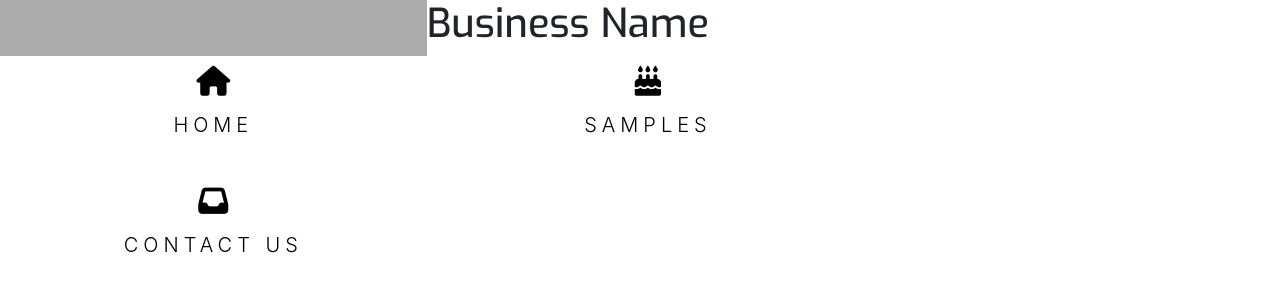
Repository: seanjcarley/Milestone1
Page: index.html
The author's editor kept a record of every edit. The page is drawn from the files as they stood at one moment, then again after the next edit.
The browser window is 1280 px wide. The page is 1280 px wide, then 1288 px, so the pictures cover 1288 px, including what lies to the right of the window. The pictures show the whole page.
Some web libraries are served in a nearby version.

Above is the page before.

### index.html
<!DOCTYPE html>
<html lang="en">

<head>
    <meta charset="UTF-8">
    <meta name="viewport" content="width=device-width, initial-scale=1.0">
    <meta http-equiv="X-UA-Compatible" content="ie=edge">
    <link rel="stylesheet" href="css/style.css" type="text/css" />
    <link rel="stylesheet" href="https://stackpath.bootstrapcdn.com/bootstrap/4.3.1/css/bootstrap.min.css">
    <script src="https://kit.fontawesome.com/d5901c0a36.js" crossorigin="anonymous"></script>
    <title>XXXXX Bakery and Novelty Cakes</title>
</head>

<body>
    <header>
        <div class="row no-gutters">
            <a href="#" class="col-md-4 logo"></a>
            <div class="col-md-8">
                <h1 class="name">Business Name</h1>
            </div>
        </div>
        <div class="row no-gutters">
            <div class="col">
                <ul id="nav" class="list-inline menucontainer">
                    <li class="col-sm-4 list-inline-item menuitem">
                        <a href="index.html">
                            <i class="fa fa-home" aria-hidden="true"></i>
                            <span>Home</span>
                        </a>
                    </li>
                    <li class="col-sm-4 list-inline-item menuitem">
                        <a href="#">
                            <i class="fa fa-birthday-cake" aria-hidden="true"></i>
                            <span>Samples</span>
                        </a>
                    </li>
                    <li class="col-sm-4 list-inline-item menuitem">
                        <a href="#">
                            <i class="fa fa-inbox" aria-hidden="true"></i>
                            <span>Contact Us</span>
                        </a>
                    </li>
                </ul>
            </div>
        </div>
    </header>
    <section></section>
    <footer></footer>
</body>

</html>

### css/style.css
@import url('https://fonts.googleapis.com/css?family=Roboto:100,200,300,400,500,600,700|Exo:100,200,300,400,500,600,700');

/*----------------------------------------------------------------------------*/
/* Header */
/*----------------------------------------------------------------------------*/

inline-block {

}

.list-inline-item:not(:last-child) {
    margin: 0;
}

.logo {
    background-color: #ababab;
}

.menucontainer {
    font-size: 0;
}

.menuitem {
    height: 120px;
    text-align: center;
    padding: 0;
}

.menuitem a {
    width:100%;
    text-decoration: none;
    color: #000;
    height: 120px;
}

.menuitem a i {
    padding-top: 10px;
    display: inline-block;
    color: #000;
    font-size: 30px
}

.menuitem span {
    display: block;
    width: 100%;
    padding-top: 10px;
    text-align: center;
    text-transform: uppercase;
    font-size: 25;
    font-weight: 300;
    letter-spacing: 5px;
}

.name {
    font-family: "Exo", sans-serif;
}

#nav {
    margin: 0;
}

#nav li {
    font-size: 20px;
    padding: 0;
    display: inline-block;
}

/*----------------------------------------------------------------------------*/
/* Section */
/*----------------------------------------------------------------------------*/



/*----------------------------------------------------------------------------*/
/* Footer */
/*----------------------------------------------------------------------------*/



/*----------------------------------------------------------------------------*/
/* Media Queries */
/*----------------------------------------------------------------------------*/

After the next edit:
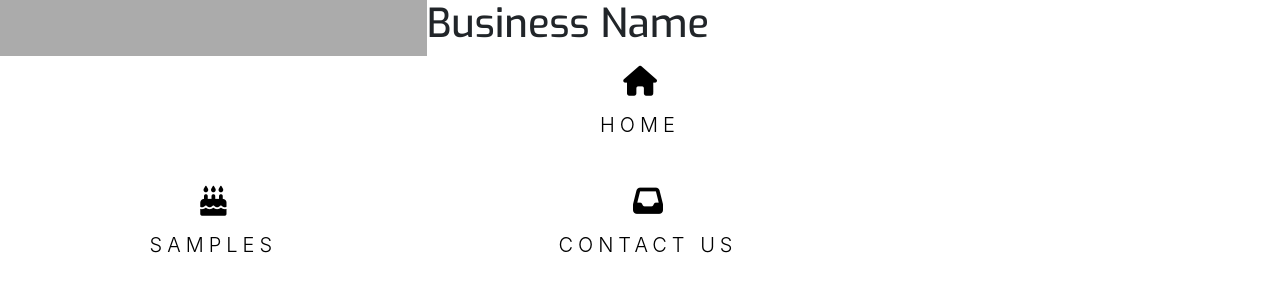
The edit:
--- a/index.html
+++ b/index.html
@@ -22,7 +22,7 @@
         <div class="row no-gutters">
             <div class="col">
                 <ul id="nav" class="list-inline menucontainer">
-                    <li class="col-sm-4 list-inline-item menuitem">
+                    <li class="col list-inline-item menuitem">
                         <a href="index.html">
                             <i class="fa fa-home" aria-hidden="true"></i>
                             <span>Home</span>
